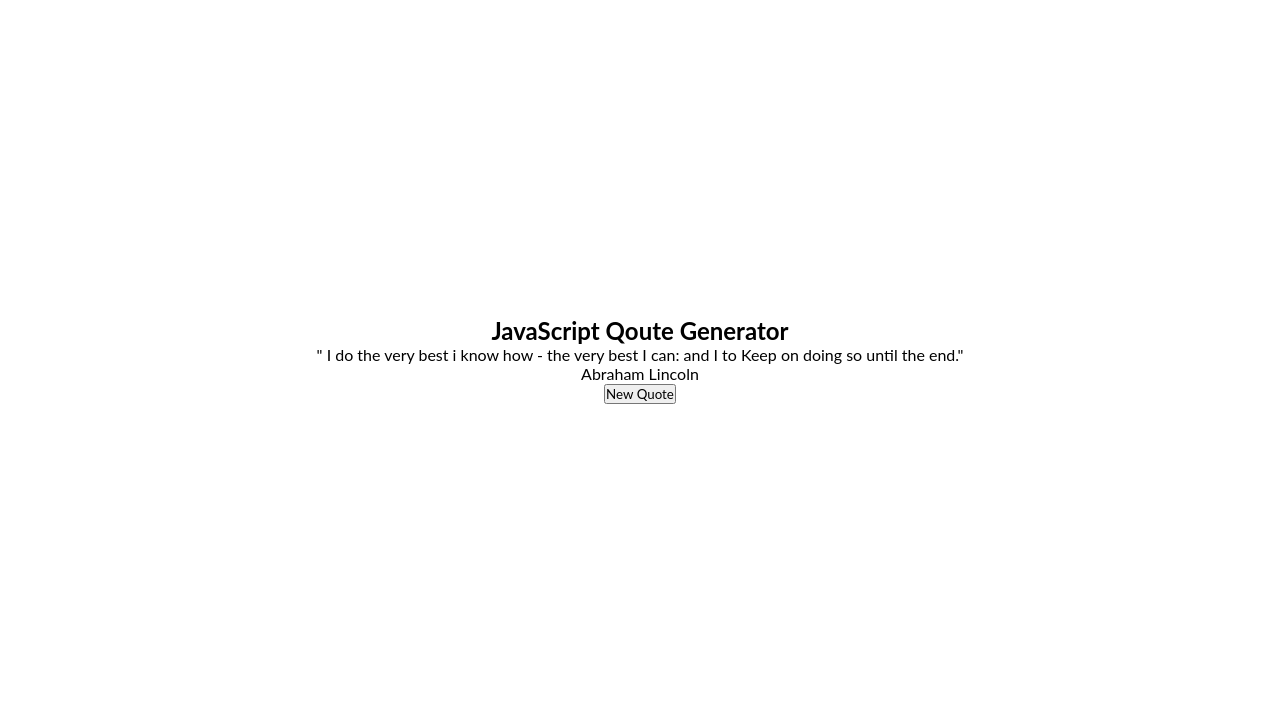
Repository: wakoya-tech/react-project
Page: Desktop/shaakala/pro/index.html
An editor plug-in stored every save of this project. The page is shown before and after the next save, followed by the edit.
The browser window is 1280 px wide. The pictures show the whole page.
Some web libraries are served in a nearby version.

Above is the page before, as saved 2025-08-30 13:57:15.

### Desktop/shaakala/pro/index.html

<!DOCTYPE html>
<html lang="en">
<head>
    <meta charset="UTF-8">
    <meta name="viewport" content="width=device-width, initial-scale=1.0">
    <title>Dom 2</title>
    <link rel="stylesheet" href="../pro/style.css">
    <link rel="preconnect" href="https://fonts.googleapis.com">
    <link rel="preconnect" href="https://fonts.gstatic.com" crossorigin>
    <link href="https://fonts.googleapis.com/css2?family=Roboto&display=swap" rel="stylesheet">
    <link rel="stylesheet"
          href="https://cdnjs.cloudflare.com/ajax/libs/font-awesome/6.1.1/css/all.min.css"
          integrity="sha512-kfkfwYDsLKIlwQp6LFn18zNdLGxu9YAAlQvwINks4PhcElQ5vqcyVLLD9aMhXd13uQjoXtENosOWaZqXgol0g=="
          crossorigin="anonymous"
          referrerpolicy="no-referrer" />
</head>
<body>
    <div class="container">
        <div class="header">
            <h2> JavaScript Qoute Generator</h2>
        </div>
        <div class="main-content">
            <div class="text-area">
                <span class="qoute">
" I do the very best i know how - the very best I can: and I
to Keep on doing so until the end."
                </span>
            </div>
            <div class="person">Abraham Lincoln</div>
         <div class="button-area">
            <button id="new-quote">New Quote</button>
         </div>
        </div>
    </div>
    <script src="../pro/script.js"></script>
</body>
</html>

### Desktop/shaakala/pro/style.css
*{
    margin: 0;
    padding: 0;
    box-sizing: border-box;
    font-family: 'Lato', sans-serif;

}
body {
    display: flex;
    justify-content: center;
    align-items: center;
    height: 100vh;
    text-align: center;
}

Loaded but not shown: Desktop/shaakala/pro/script.js (no stored copy; drawn as an empty file)

After the next save:
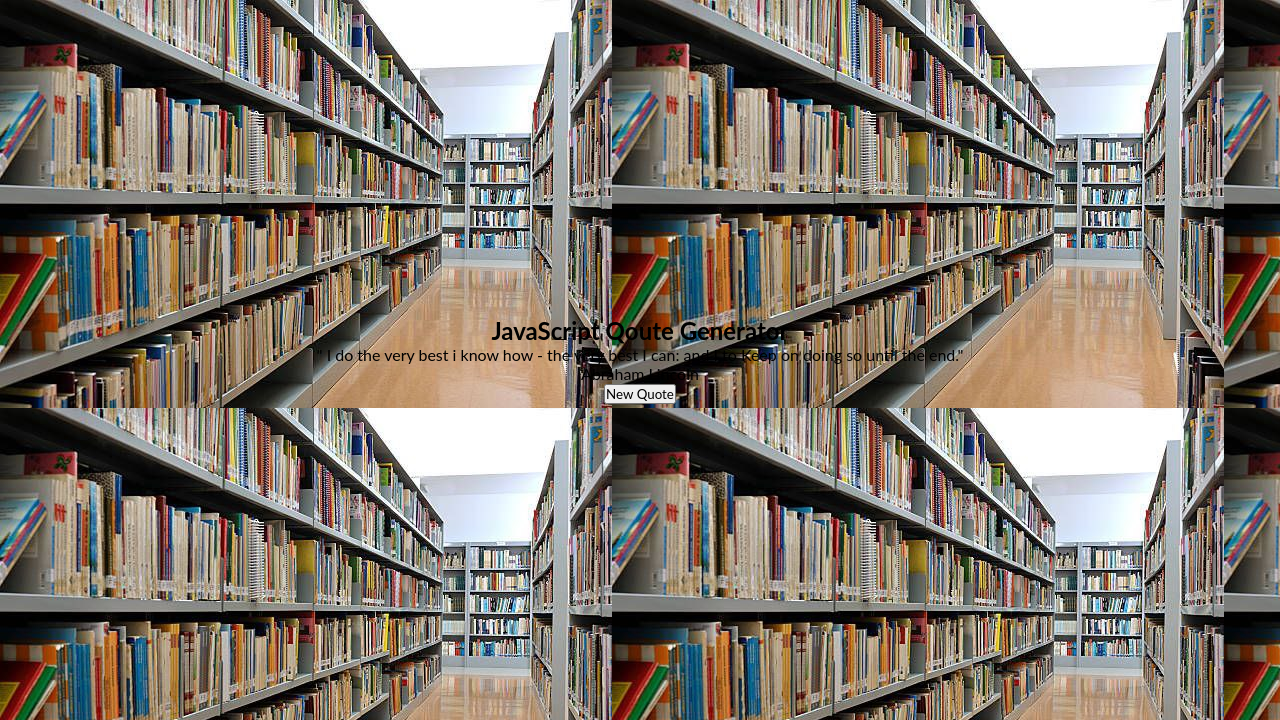
Saved 10 min 37 s later.
--- a/Desktop/shaakala/pro/style.css
+++ b/Desktop/shaakala/pro/style.css
@@ -11,4 +11,5 @@ body {
     align-items: center;
     height: 100vh;
     text-align: center;
+    background: url(../img/img.jpg);
 }

After the save that followed:
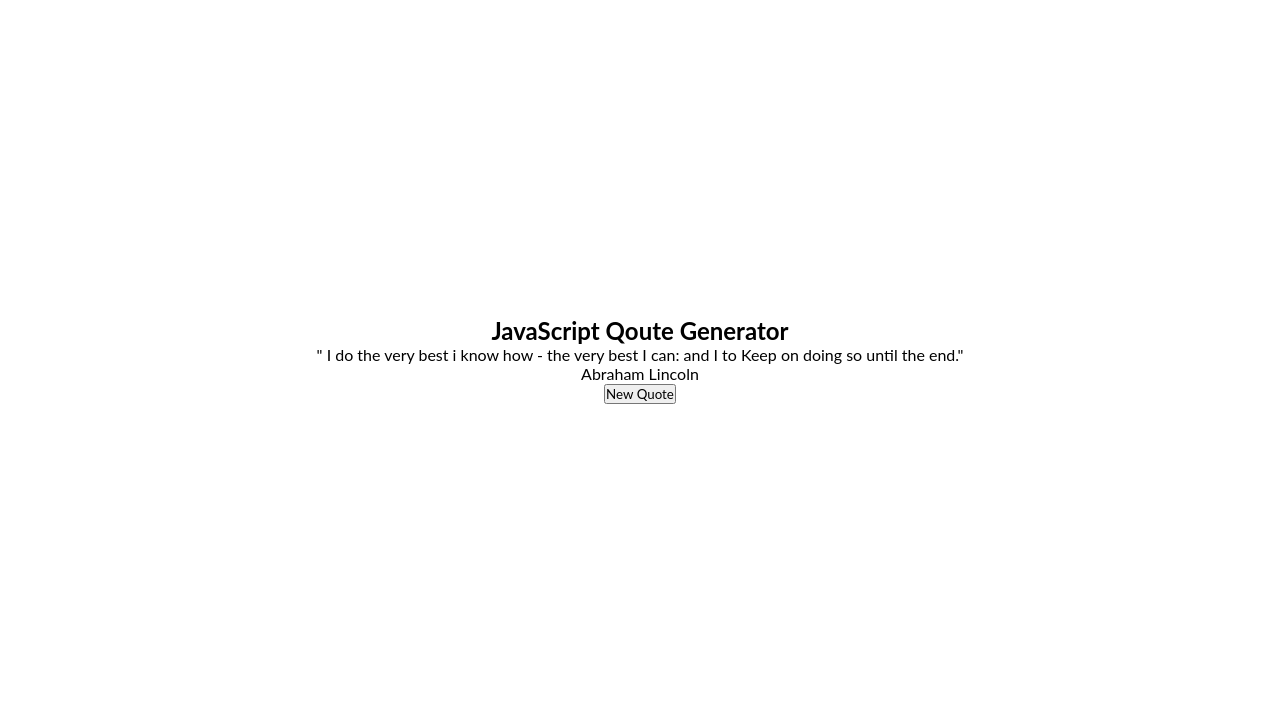
Not found: Desktop/shaakala/pro/img/img.jpg
Saved 49 s later.
--- a/Desktop/shaakala/pro/style.css
+++ b/Desktop/shaakala/pro/style.css
@@ -11,5 +11,5 @@ body {
     align-items: center;
     height: 100vh;
     text-align: center;
-    background: url(../img/img.jpg);
+    background: url(img/img.jpg);
 }
